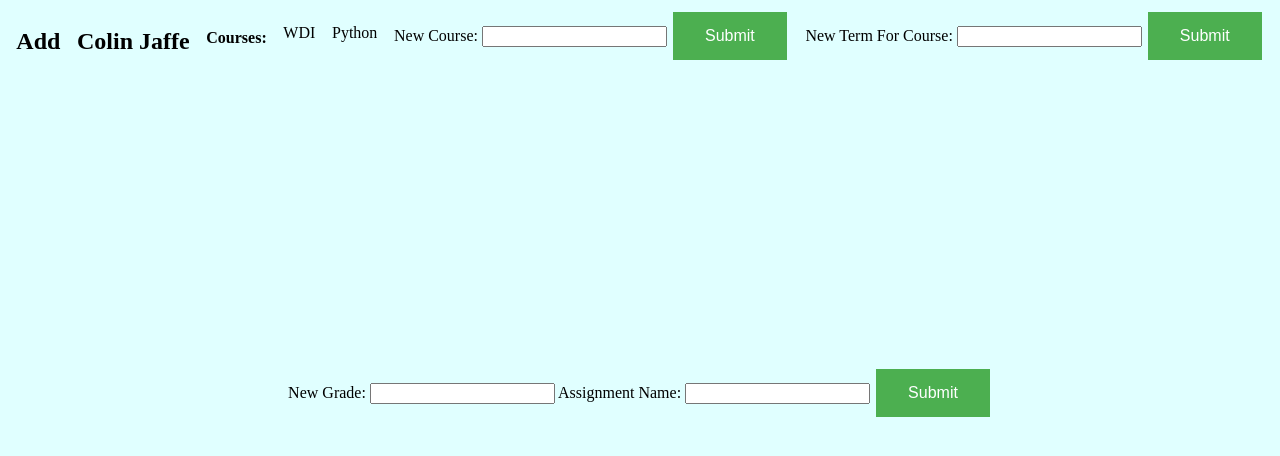
Repository: EdmontDantes/graderaide-ui
Page: add.html
These files come from the project's save history. The page is drawn as it stood at one moment and after the next save; the edit follows.
The browser window is 1280 px wide. The pictures show the whole page.

Above is the page before, as saved 2020-04-21 15:45:50.

After the next save:
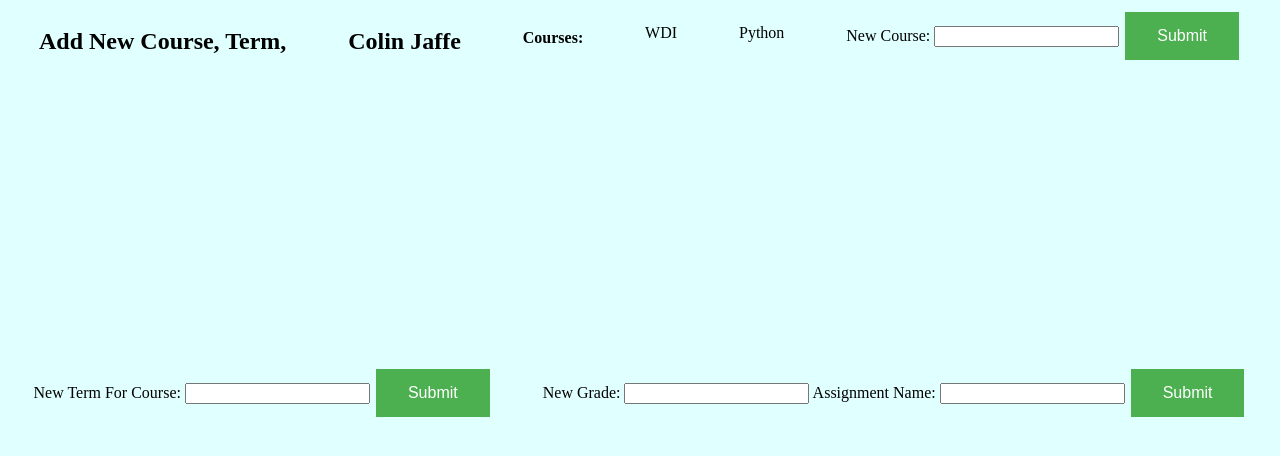
Saved 19 s later.
--- a/add.html
+++ b/add.html
@@ -8,7 +8,7 @@
 
   <body>
     <section class="app">
-      <h1>Add </h1>
+      <h1>Add New Course, Term, </h1>
       <h2>Colin Jaffe</h1>
       <h4>Courses:</h3>
       <p>WDI</p>
